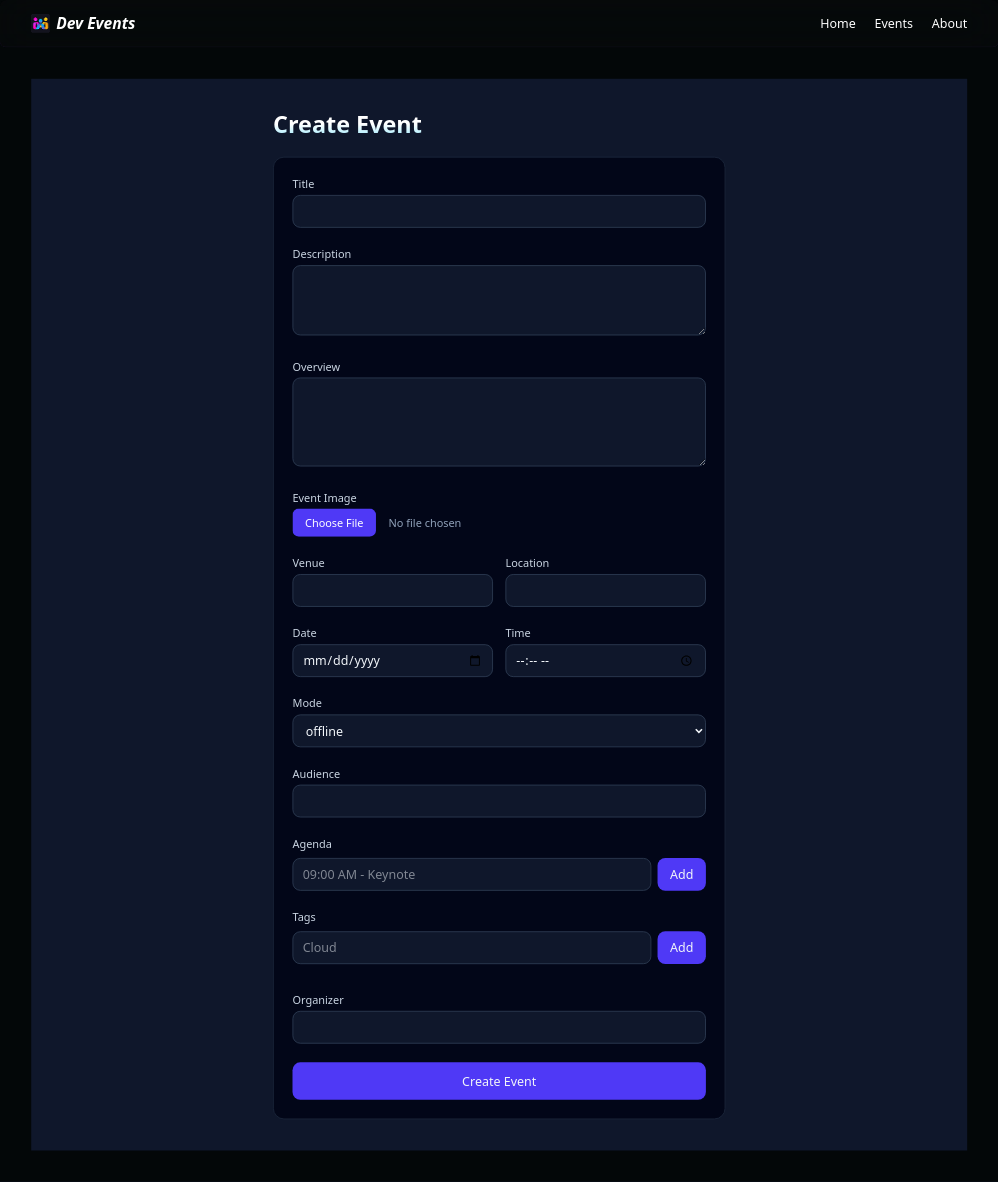
Repository: harshhariyani404/dev-events
Page: /createvent
An editor plug-in stored every save of this project. The page is shown before and after the next save, followed by the edit.
The browser window is 1280 px wide. The pictures show the whole page, at 78% of full size.
The project was rebuilt for these pictures with package versions that can differ from the ones it lists, and the page was loaded fresh each time. The framework's server and built-in components were replaced by stand-ins that run in the browser. Also part of the build but not shown: next.config.ts.

Above is the page before, as saved 2026-02-09 16:52:09.

After the next save:
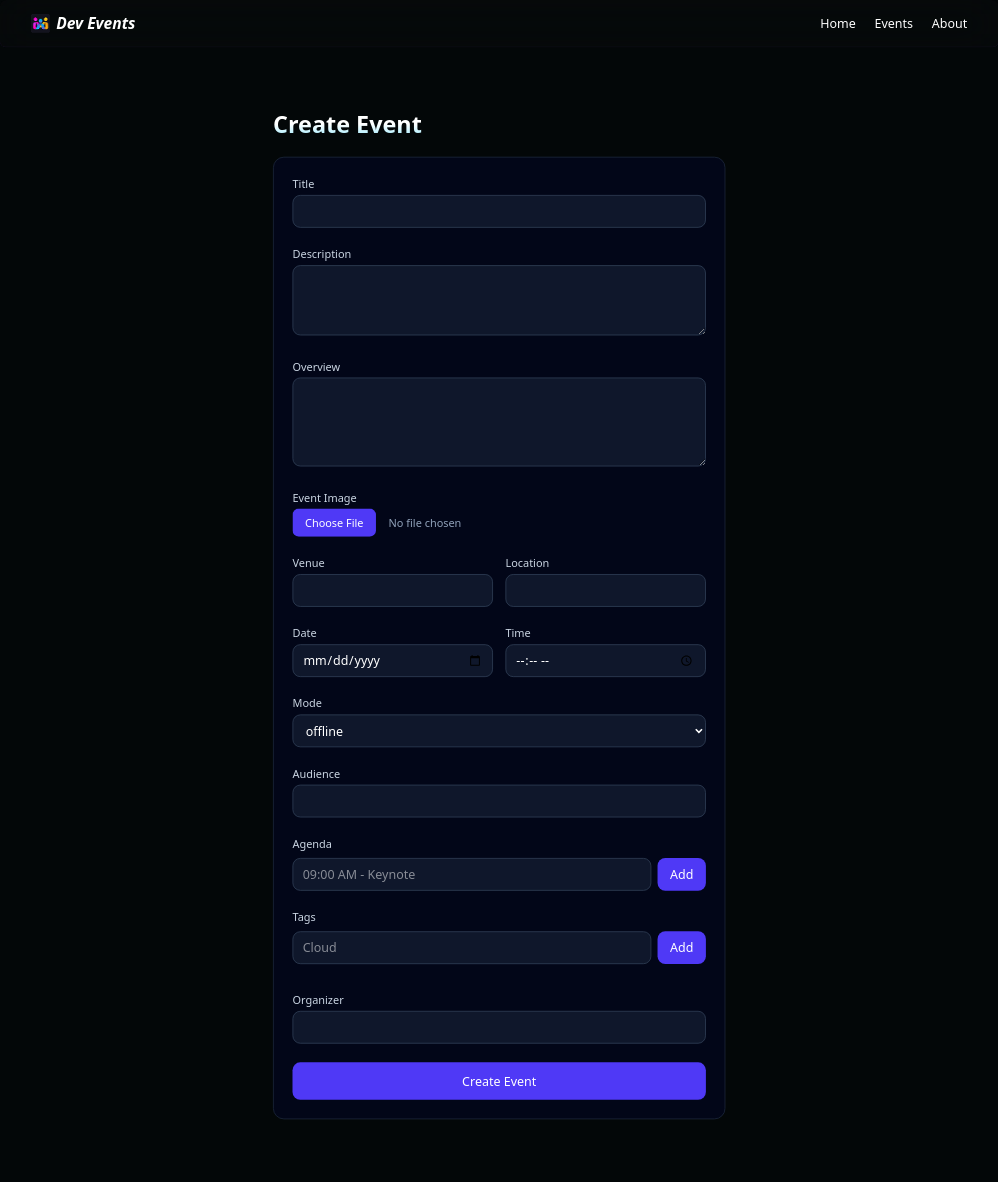
Saved 34 s later.
--- a/app/createvent/page.tsx
+++ b/app/createvent/page.tsx
@@ -98,7 +98,7 @@ export default function AboutPage() {
   }
 
   return (
-    <main className="min-h-screen bg-slate-900 text-slate-100 px-6 py-10">
+    <main >
       <div className="mx-auto max-w-4xl">
         <h1 className="text-3xl font-semibold mb-6">Create Event</h1>
 
